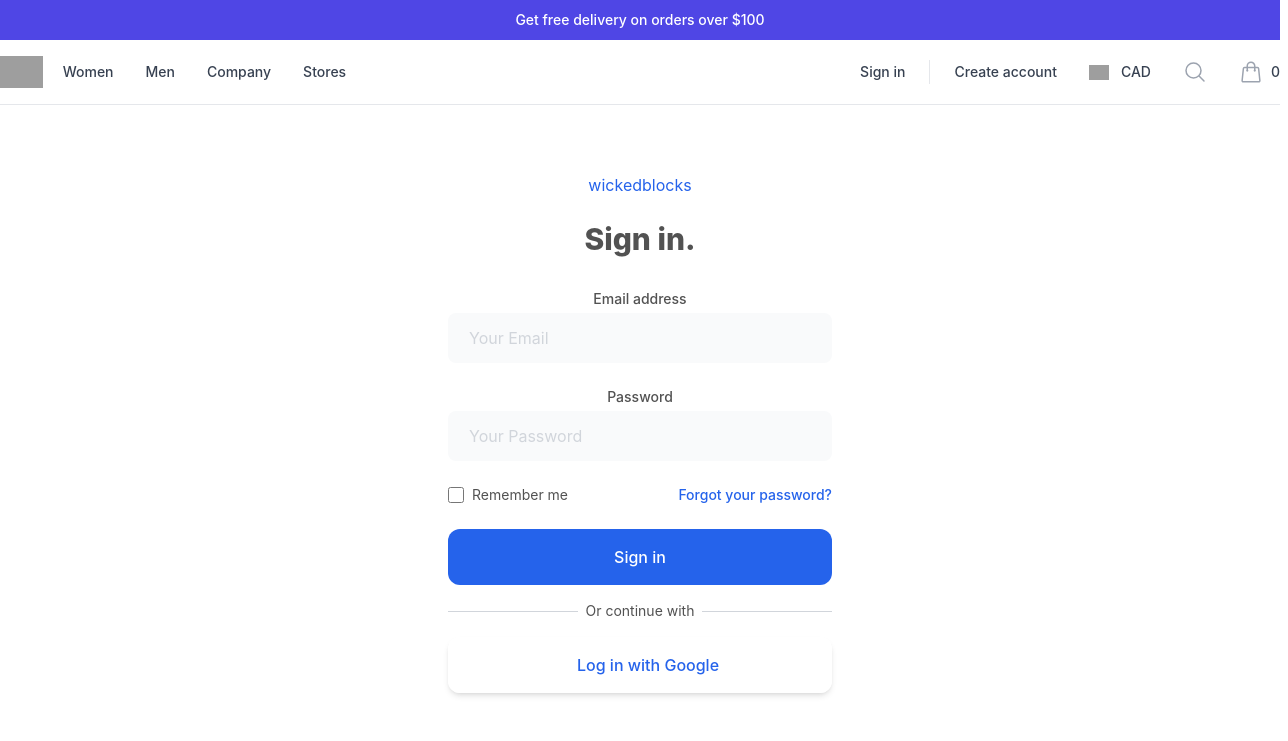
Repository: mehedi9465/Maiden_Wears
Page: /login
An editor plug-in stored every save of this project. The page is shown before and after the next save, followed by the edit.
The browser window is 1280 px wide. The page is 1288 px wide, then 1280 px, so the pictures cover 1288 px, including what lies to the right of the window. The pictures show the whole page.
Pictures or frames that could not be fetched are drawn as grey boxes. The page's requests for data from a server got no answer. The project was rebuilt for these pictures with package versions that can differ from the ones it lists, and the page was loaded fresh each time. No one was signed in, and anything a server would have sent is missing. Also part of the build but not shown: src/Components/Home/Promo/Promo.js, src/Components/Home/NewArrivals/NewArrivals.js, src/Components/Home/Brands/Brands.js, src/Components/Home/Home/Home.js, src/Components/Authentication/Register/Register.js, src/Components/Products/Products.js.

Above is the page before, as saved 2022-12-29 19:48:54.

### src/App.js
import logo from "./logo.svg";
import "./App.css";
import Navigation from "./Components/Home/Navigation/Navigation";
import Promo from "./Components/Home/Promo/Promo";
import NewArrivals from "./Components/Home/NewArrivals/NewArrivals";
import Brands from "./Components/Home/Brands/Brands";
import Home from "./Components/Home/Home/Home";
import AuthProvider from "./Components/Authentication/context/AuthProvider";
import {
  BrowserRouter,
  BrowserRouter as Router,
  Route,
  Routes,
  useLocation,
} from "react-router-dom";
import Login from "./Components/Authentication/Login/Login";
import Register from "./Components/Authentication/Register/Register";
import Products from "./Components/Products/Products";

function App() {
  return (
    <div className="App">
      <Router>
        <AuthProvider>
          <Navigation />
          <Routes>
            <Route exact path="/" element={<Home />} />
            <Route exact path="/:routeId" element={<Products />} />
            <Route exact path="/login" element={<Login />} />
            <Route exact path="/register" element={<Register />} />
          </Routes>
        </AuthProvider>
      </Router>
    </div>
  );
}

export default App;

### src/Components/Home/Navigation/Navigation.js
import React from "react";
import { Fragment, useState } from "react";
import { Dialog, Transition } from "@headlessui/react";
import { Link } from "react-router-dom";
import {
  Bars3Icon,
  MagnifyingGlassIcon,
  ShoppingBagIcon,
  XMarkIcon,
} from "@heroicons/react/24/outline";

const pages = [
  { name: "women", href: "#" },
  { name: "men", href: "#" },
  { name: "company", href: "#" },
  { name: "stores", href: "#" },
];

const Navigation = () => {
  const [open, setOpen] = useState(false);

  return (
    <div className="bg-white">
      {/* Mobile menu */}
      <Transition.Root show={open} as={Fragment}>
        <Dialog as="div" className="relative z-40 lg:hidden" onClose={setOpen}>
          <Transition.Child
            as={Fragment}
            enter="transition-opacity ease-linear duration-300"
            enterFrom="opacity-0"
            enterTo="opacity-100"
            leave="transition-opacity ease-linear duration-300"
            leaveFrom="opacity-100"
            leaveTo="opacity-0"
          >
            <div className="fixed inset-0 bg-black bg-opacity-25" />
          </Transition.Child>

          <div className="fixed inset-0 z-40 flex">
            <Transition.Child
              as={Fragment}
              enter="transition ease-in-out duration-300 transform"
              enterFrom="-translate-x-full"
              enterTo="translate-x-0"
              leave="transition ease-in-out duration-300 transform"
              leaveFrom="translate-x-0"
              leaveTo="-translate-x-full"
            >
              <Dialog.Panel className="relative flex w-full max-w-xs flex-col overflow-y-auto bg-white pb-12 shadow-xl">
                <div className="flex px-4 pt-5 pb-2">
                  <button
                    type="button"
                    className="-m-2 inline-flex items-center justify-center rounded-md p-2 text-gray-400"
                    onClick={() => setOpen(false)}
                  >
                    <span className="sr-only">Close menu</span>
                    <XMarkIcon className="h-6 w-6" aria-hidden="true" />
                  </button>
                </div>

                <div className="space-y-6 border-t border-gray-200 py-6 px-4">
                  {pages.map((page) => (
                    <div key={page.name} className="flow-root ">
                      <Link
                        to={`/${page}`}
                        className="-m-2 block p-2 font-medium text-gray-900"
                      >
                        <span className="capitalize">{page.name}</span>
                      </Link>
                    </div>
                  ))}
                </div>

                <div className="space-y-6 border-t border-gray-200 py-6 px-4">
                  <div className="flow-root">
                    <Link
                      to="/login"
                      className="-m-2 block p-2 font-medium text-gray-900"
                    >
                      Sign in
                    </Link>
                  </div>
                  <div className="flow-root">
                    <Link
                      to="/register"
                      className="-m-2 block p-2 font-medium text-gray-900"
                    >
                      Create account
                    </Link>
                  </div>
                </div>

                <div className="border-t border-gray-200 py-6 px-4">
                  <a href="#" className="-m-2 flex items-center p-2">
                    <img
                      src="https://tailwindui.com/img/flags/flag-canada.svg"
                      alt=""
                      className="block h-auto w-5 flex-shrink-0"
                    />
                    <span className="ml-3 block text-base font-medium text-gray-900">
                      CAD
                    </span>
                    <span className="sr-only">, change currency</span>
                  </a>
                </div>
              </Dialog.Panel>
            </Transition.Child>
          </div>
        </Dialog>
      </Transition.Root>

      {/* Mobile Menu  */}

      <header className="relative bg-white border-b border-gray-200">
        <p className="flex h-10 items-center justify-center bg-indigo-600 px-4 text-sm font-medium text-white sm:px-6 lg:px-8">
          Get free delivery on orders over $100
        </p>

        <nav aria-label="Top" className="mx-auto w-full px-4 sm:px-6 lg:px-0">
          <div className="">
            <div className="flex h-16 items-center">
              <button
                type="button"
                className="rounded-md bg-white p-2 text-gray-400 lg:hidden"
                onClick={() => setOpen(true)}
              >
                <span className="sr-only">Open menu</span>
                <Bars3Icon className="h-6 w-6" aria-hidden="true" />
              </button>

              {/* Logo */}
              <div className="ml-4 flex lg:ml-0">
                <Link to="/">
                  <img
                    className="h-8 w-auto mr-5"
                    src="https://tailwindui.com/img/logos/mark.svg?color=indigo&shade=600"
                    alt=""
                  />
                </Link>
              </div>

              {/* Flyout menus */}
              <div className="flex h-full space-x-8">
                {pages.map((page) => (
                  <Link
                    to={`/${page}`}
                    key={page.name}
                    href={page.href}
                    className="flex items-center text-sm font-medium text-gray-700 hover:text-gray-800"
                  >
                    <span className="capitalize">{page.name}</span>
                  </Link>
                ))}
              </div>

              <div className="ml-auto flex items-center">
                <div className="hidden lg:flex lg:flex-1 lg:items-center lg:justify-end lg:space-x-6">
                  <Link
                    to="/login"
                    className="text-sm font-medium text-gray-700 hover:text-gray-800"
                  >
                    Sign in
                  </Link>
                  <span className="h-6 w-px bg-gray-200" aria-hidden="true" />
                  <Link
                    to="/register"
                    className="text-sm font-medium text-gray-700 hover:text-gray-800"
                  >
                    Create account
                  </Link>
                </div>

                <div className="hidden lg:ml-8 lg:flex">
                  <a
                    href="#"
                    className="flex items-center text-gray-700 hover:text-gray-800"
                  >
                    <img
                      src="https://tailwindui.com/img/flags/flag-canada.svg"
                      alt=""
                      className="block h-auto w-5 flex-shrink-0"
                    />
                    <span className="ml-3 block text-sm font-medium">CAD</span>
                    <span className="sr-only">, change currency</span>
                  </a>
                </div>

                {/* Search */}
                <div className="flex lg:ml-6">
                  <a href="#" className="p-2 text-gray-400 hover:text-gray-500">
                    <span className="sr-only">Search</span>
                    <MagnifyingGlassIcon
                      className="h-6 w-6"
                      aria-hidden="true"
                    />
                  </a>
                </div>

                {/* Cart */}
                <div className="ml-4 flow-root lg:ml-6">
                  <a href="#" className="group -m-2 flex items-center p-2">
                    <ShoppingBagIcon
                      className="h-6 w-6 flex-shrink-0 text-gray-400 group-hover:text-gray-500"
                      aria-hidden="true"
                    />
                    <span className="ml-2 text-sm font-medium text-gray-700 group-hover:text-gray-800">
                      0
                    </span>
                    <span className="sr-only">items in cart, view bag</span>
                  </a>
                </div>
              </div>
            </div>
          </div>
        </nav>
      </header>
      {/* Big Screen menu */}
    </div>
  );
};

export default Navigation;

### src/Components/Authentication/context/AuthProvider.js
import React, { createContext } from 'react';
import useFirebase from '../hooks/useFirebase';

export const AuthContext = createContext();

const AuthProvider = ({ children }) => {
    const allContext = useFirebase();
    return (
        <AuthContext.Provider value={allContext}>
            { children }
        </AuthContext.Provider>
    );
};

export default AuthProvider;

### src/Components/Authentication/Login/Login.js
import React from "react";

const Login = () => {
  return (
    <div>
      <section class=" overflow-hidden">
    <div class="flex min- overflow-hidden flex justify-center mt-5">
        <div class="flex flex-col justify-center flex-1 px-4 py-12 overflow-hidden sm:px-6 lg:flex-none lg:px-20 xl:px-24">
            <div class="w-full max-w-xl mx-auto lg:w-96">
                <div>
                    <a href="./index.html" class="text-blue-600 text-medium">wickedblocks</a>
                    <h2 class="mt-6 text-3xl font-extrabold text-neutral-600">Sign in.</h2>
                </div>

                <div class="mt-8">
                    <div class="mt-6">
                        <form action="#" method="POST" class="space-y-6">
                            <div>
                                <label for="email" class="block text-sm font-medium text-neutral-600"> Email address </label>
                                <div class="mt-1">
                                    <input id="email" name="email" type="email" autocomplete="email" required="" placeholder="Your Email" class="block w-full px-5 py-3 text-base text-neutral-600 placeholder-gray-300 transition duration-500 ease-in-out transform border border-transparent rounded-lg bg-gray-50 focus:outline-none focus:border-transparent focus:ring-2 focus:ring-white focus:ring-offset-2 focus:ring-offset-gray-300"/>
                                </div>
                            </div>

                            <div class="space-y-1">
                                <label for="password" class="block text-sm font-medium text-neutral-600"> Password </label>
                                <div class="mt-1">
                                    <input id="password" name="password" type="password" autocomplete="current-password" required="" placeholder="Your Password" class="block w-full px-5 py-3 text-base text-neutral-600 placeholder-gray-300 transition duration-500 ease-in-out transform border border-transparent rounded-lg bg-gray-50 focus:outline-none focus:border-transparent focus:ring-2 focus:ring-white focus:ring-offset-2 focus:ring-offset-gray-300"/>
                                </div>
                            </div>

                            <div class="flex items-center justify-between">
                                <div class="flex items-center">
                                    <input id="remember-me" name="remember-me" type="checkbox" placeholder="Your password" class="w-4 h-4 text-blue-600 border-gray-200 rounded focus:ring-blue-500" />
                                    <label for="remember-me" class="block ml-2 text-sm text-neutral-600"> Remember me </label>
                                </div>

                                <div class="text-sm">
                                    <a href="#" class="font-medium text-blue-600 hover:text-blue-500"> Forgot your password? </a>
                                </div>
                            </div>

                            <div>
                                <button type="submit" class="flex items-center justify-center w-full px-10 py-4 text-base font-medium text-center text-white transition duration-500 ease-in-out transform bg-blue-600 rounded-xl hover:bg-blue-700 focus:outline-none focus:ring-2 focus:ring-offset-2 focus:ring-blue-500">Sign in</button>
                            </div>
                        </form>
                        <div class="relative my-4">
                            <div class="absolute inset-0 flex items-center">
                                <div class="w-full border-t border-gray-300"></div>
                            </div>
                            <div class="relative flex justify-center text-sm">
                                <span class="px-2 text-neutral-600 bg-white"> Or continue with </span>
                            </div>
                        </div>
                        <div>
                            <button type="submit" class="w-full items-center block px-10 py-3.5 text-base font-medium text-center text-blue-600 transition duration-500 ease-in-out transform border-2 border-white shadow-md rounded-xl focus:outline-none focus:ring-2 focus:ring-offset-2 focus:ring-gray-500">
                                <div class="flex items-center justify-center">
                                    {/* <svg xmlns="http://www.w3.org/2000/svg" xmlns:xlink="http://www.w3.org/1999/xlink" class="w-6 h-6" viewBox="0 0 48 48">
                                        <defs>
                                            <path id="a" d="M44.5 20H24v8.5h11.8C34.7 33.9 30.1 37 24 37c-7.2 0-13-5.8-13-13s5.8-13 13-13c3.1 0 5.9 1.1 8.1 2.9l6.4-6.4C34.6 4.1 29.6 2 24 2 11.8 2 2 11.8 2 24s9.8 22 22 22c11 0 21-8 21-22 0-1.3-.2-2.7-.5-4z"></path>
                                        </defs>
                                        <clipPath id="b">
                                            <use xlink:href="#a" overflow="visible"></use>
                                        </clipPath>
                                        <path clip-path="url(#b)" fill="#FBBC05" d="M0 37V11l17 13z"></path>
                                        <path clip-path="url(#b)" fill="#EA4335" d="M0 11l17 13 7-6.1L48 14V0H0z"></path>
                                        <path clip-path="url(#b)" fill="#34A853" d="M0 37l30-23 7.9 1L48 0v48H0z"></path>
                                        <path clip-path="url(#b)" fill="#4285F4" d="M48 48L17 24l-4-3 35-10z"></path>
                                    </svg> */}
                                    <span class="ml-4"> Log in with Google</span>
                                </div>
                            </button>
                        </div>
                    </div>
                </div>
            </div>
        </div>
    </div>
</section>
    </div>
  );
};

export default Login;

### src/Components/Authentication/hooks/useFirebase.js
import { useEffect, useState } from "react";
import initializeAuth from "../Firebase/Firebase.initialize";
import {
  GoogleAuthProvider,
  getAuth,
  signInWithPopup,
  onAuthStateChanged,
  signOut,
  createUserWithEmailAndPassword,
  updateProfile,
  signInWithEmailAndPassword,
} from "firebase/auth";
import swal from "sweetalert";
import axios from "axios";

initializeAuth();

const useFirebase = () => {
  const [user, setUser] = useState({});
  const [error, setError] = useState("");
  const [isLoading, setIsLoading] = useState(true);
  const [isAdmin, setIsAdmin] = useState();

  const auth = getAuth();
  const googleProvider = new GoogleAuthProvider();

  const googleSignIn = (location, history) => {
    setIsLoading(true);
    signInWithPopup(auth, googleProvider)
      .then((res) => {
        const user = res.user;
        saveUser(user.email, user.displayName, "PUT");
        setError("");
        const des = location?.state?.from || "/";
        history.replace(des);
      })
      .catch((e) => setError(e.message))
      .finally(() => setIsLoading(false));
  };

  const registerUser = (name, email, password) => {
    setIsLoading(true);
    createUserWithEmailAndPassword(auth, email, password)
      .then((userCredential) => {
        setError("");
        saveUser(email, name, "POST");
        updateProfile(auth.currentUser, {
          displayName: name,
        })
          .then(() => {})
          .catch((e) => setError(e.message));
      })
      .catch((e) => setError(e.message))
      .finally(() => setIsLoading(false));
  };

  const loginUser = (email, password, location, history) => {
    setIsLoading(true);
    signInWithEmailAndPassword(auth, email, password)
      .then((userCredential) => {
        setError("");
        const des = location?.state?.from || "/";
        history.replace(des);
      })
      .catch((e) => setError(e.message))
      .finally(() => setIsLoading(false));
  };

  const logOut = () => {
    signOut(auth)
      .then(() => {})
      .catch((e) => setError(e.message));
  };

  const saveUser = (email, displayName, method) => {
    const user = { email, displayName };
    fetch("https://bikezone-server-hg7c.onrender.com/users", {
      method: method,
      headers: {
        "content-type": "application/json",
      },
      body: JSON.stringify(user),
    })
      .then((res) => res.json())
      .then((data) => {
        console.log(data);
        if (data.insertedId || data.acknowledged) {
          swal({
            title: "Welcome!",
            icon: "success",
            button: "ok",
          });
        } else {
          swal({
            title: "Something Went Wrong!",
            icon: "error",
            button: "ok",
          });
        }
      });
  };

  useEffect(() => {
    onAuthStateChanged(auth, (user) => {
      if (user) {
        setUser(user);
      } else {
        setUser({});
      }
      setIsLoading(false);
    });
  }, [auth]);

  useEffect(() => {
    if (user?.email) {
      axios
        .get(
          `https://bikezone-server-hg7c.onrender.com/users?email=${user?.email}`
        )
        .then(({ data }) => setIsAdmin(data.admin));
    }
  }, [user?.email]);

  return {
    user,
    error,
    isLoading,
    isAdmin,
    googleSignIn,
    registerUser,
    loginUser,
    logOut,
  };
};

export default useFirebase;

### src/Components/Authentication/Firebase/Firebase.initialize.js
import { initializeApp } from "firebase/app";
import firebaseConfig from "./Firebase.config";

const initializeAuth = () => {
    initializeApp(firebaseConfig);
}

export default initializeAuth;

### src/Components/Authentication/Firebase/Firebase.config.js
const firebaseConfig = {
  apiKey: process.env.REACT_APP_API_KEY,
  authDomain: process.env.REACT_APP_AUTH_DOMAIN,
  projectId: process.env.REACT_APP_PROJECT_ID,
  storageBucket: process.env.REACT_APP_STORAGE_BUCKET,
  messagingSenderId: process.env.REACT_APP_MESSAGING_SENDER_ID,
  appId: process.env.REACT_APP_ID,
};

export default firebaseConfig;

Loaded but not shown: public/index.html (common file); src/index.js (common file); src/index.css (common file); src/reportWebVitals.js (common file); src/App.css (common file); tailwind.config.js (common file)

After the next save:
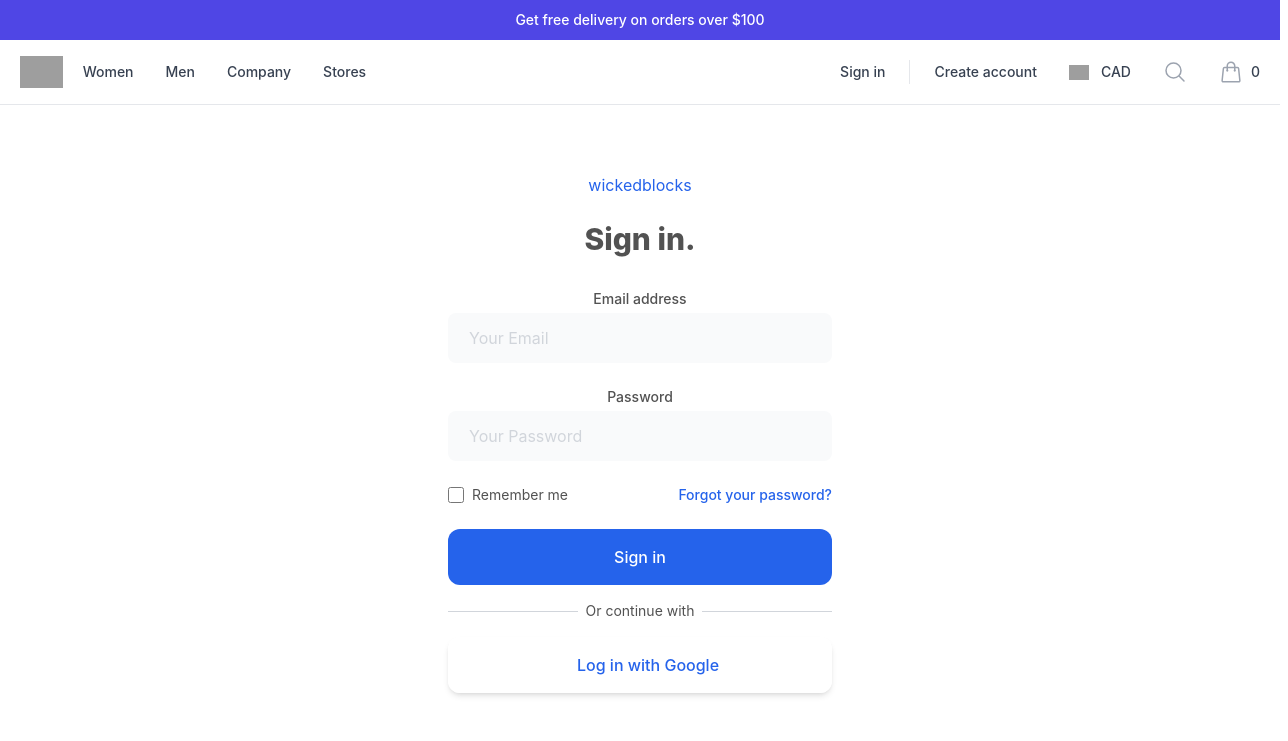
Saved 5 s later.
--- a/src/Components/Home/Navigation/Navigation.js
+++ b/src/Components/Home/Navigation/Navigation.js
@@ -116,7 +116,7 @@ const Navigation = () => {
           Get free delivery on orders over $100
         </p>
 
-        <nav aria-label="Top" className="mx-auto w-full px-4 sm:px-6 lg:px-0">
+        <nav aria-label="Top" className="mx-auto w-full px-4 sm:px-6 lg:px-5">
           <div className="">
             <div className="flex h-16 items-center">
               <button
